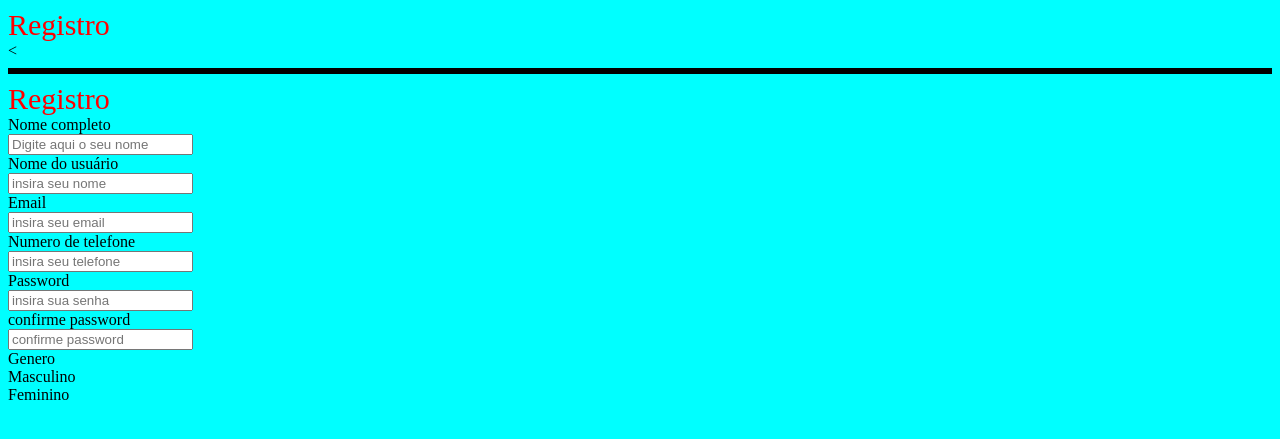
Repository: Vilmar-Freire/ESTUDOS-01-vilmar
Page: workspaces/prof-matheus battisti/matheus.html
An editor plug-in stored every save of this project. The page is shown before and after the next save, followed by the edit.
The browser window is 1280 px wide. The pictures show the whole page.

Above is the page before, as saved 2026-09-02 15:28:14.

After the next save:
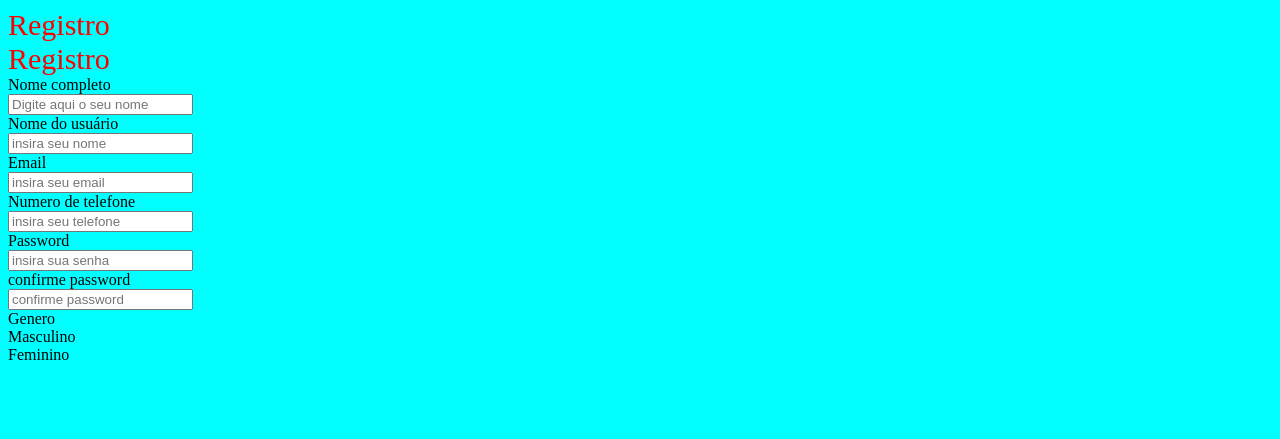
Saved 4 s later.
--- a/workspaces/prof-matheus battisti/matheus.html
+++ b/workspaces/prof-matheus battisti/matheus.html
@@ -16,7 +16,7 @@
     <form action="#"></form>
     </div>
 
-    <
+    <div
 
 
 <hr size="6" color="black">
